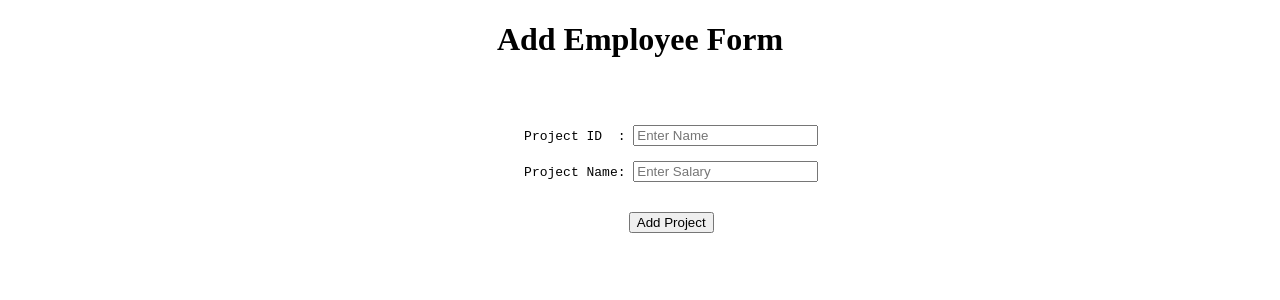
Repository: yashmodi2429/Programs
Page: http://localhost/Employee/addproject.jsp
An editor plug-in stored every save of this project. The page is shown before and after the next save, followed by the edit.
The browser window is 1280 px wide. The pictures show the whole page.
The page is served by Tomcat 9. Other server files are loaded and not shown.

Above is the page before, as saved 2019-02-25 10:05:20.

### Employee/WebContent/addproject.jsp
<%@ page language="java" contentType="text/html; charset=ISO-8859-1"
    pageEncoding="ISO-8859-1"%>
<!DOCTYPE html PUBLIC "-//W3C//DTD HTML 4.01 Transitional//EN" "http://www.w3.org/TR/html4/loose.dtd">
<html>
<head>
<meta http-equiv="Content-Type" content="text/html; charset=ISO-8859-1">
<title>Insert title here</title>
</head>
<body>
<center>
	<h1>Add Employee Form</h1>
	<pre>
<form action ="AddEmployee" method="post" >
<div>

	Project ID  : <input type ="text" name="name" autocomplete="off" placeholder="Enter Name"><br>
	Project Name: <input type="text" name="salary" autocomplete="off" placeholder="Enter Salary"><br>

	<input type ="submit" value="Add Project">
	</div>
</form>
</pre>
<img src="" style="width: 23%;"/>
	</center>
</body>
</html>

After the next save:
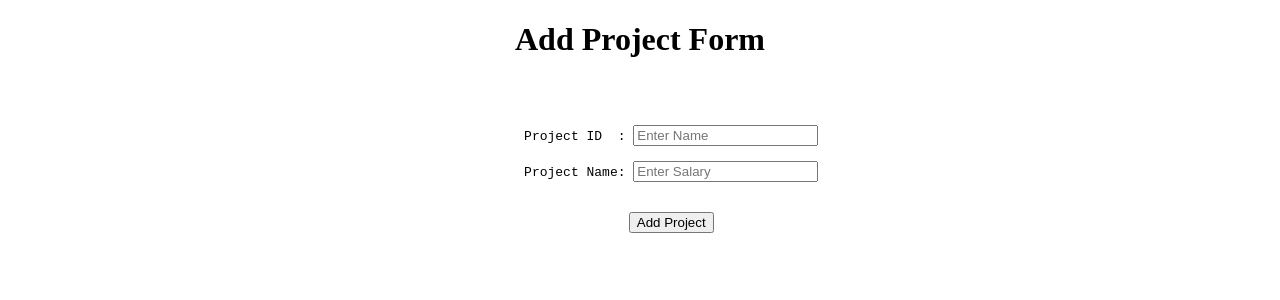
Saved 11 s later.
--- a/Employee/WebContent/addproject.jsp
+++ b/Employee/WebContent/addproject.jsp
@@ -8,7 +8,7 @@
 </head>
 <body>
 <center>
-	<h1>Add Employee Form</h1>
+	<h1>Add Project Form</h1>
 	<pre>
 <form action ="AddEmployee" method="post" >
 <div>
